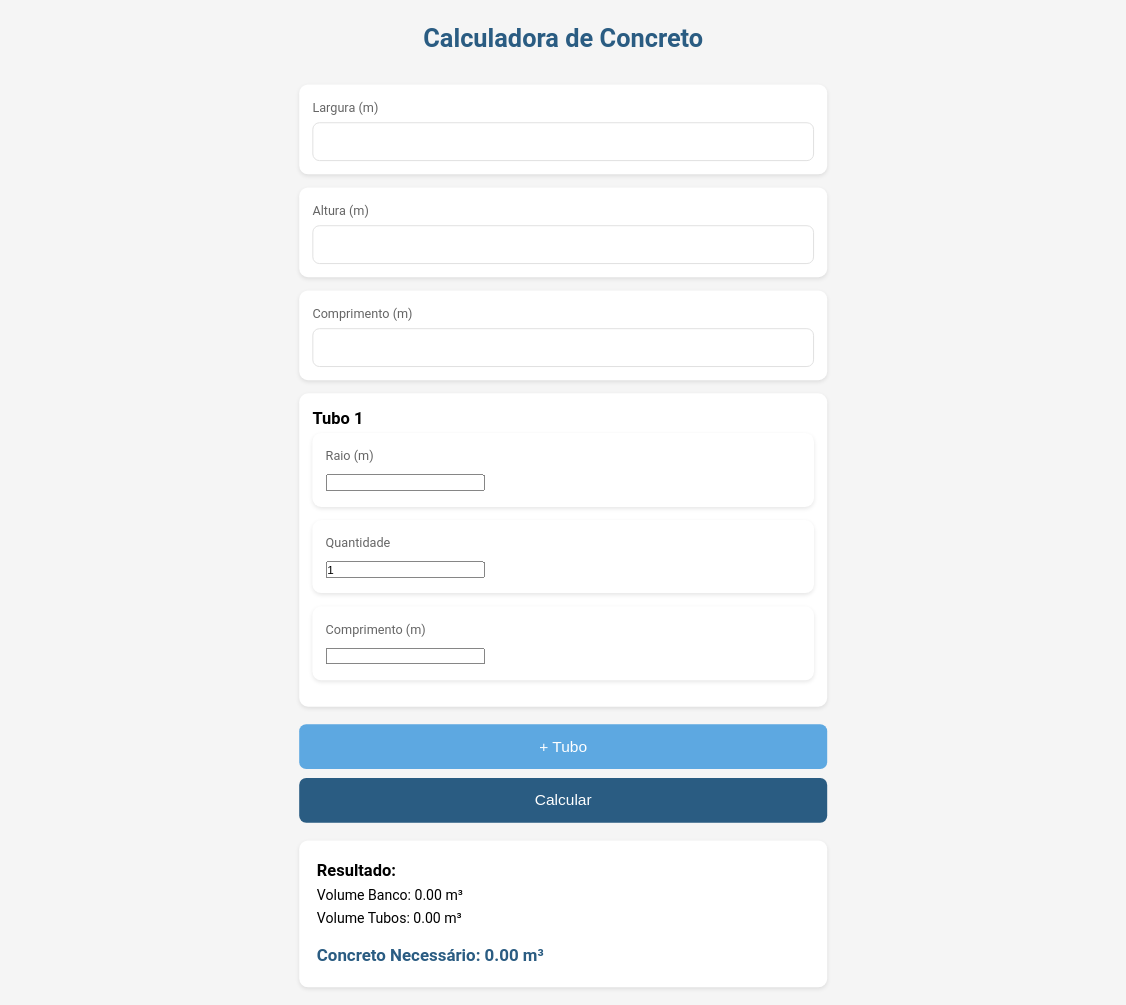
Repository: Valmir-Goncalves/calc_Uane_Souza
Page: concrete-calc/index.html
An editor plug-in stored every save of this project. The page is shown before and after the next save, followed by the edit.
The browser window is 1280 px wide. The pictures show the whole page, at 88% of full size.

Above is the page before, as saved 2025-03-23 04:21:42.

After the next save:
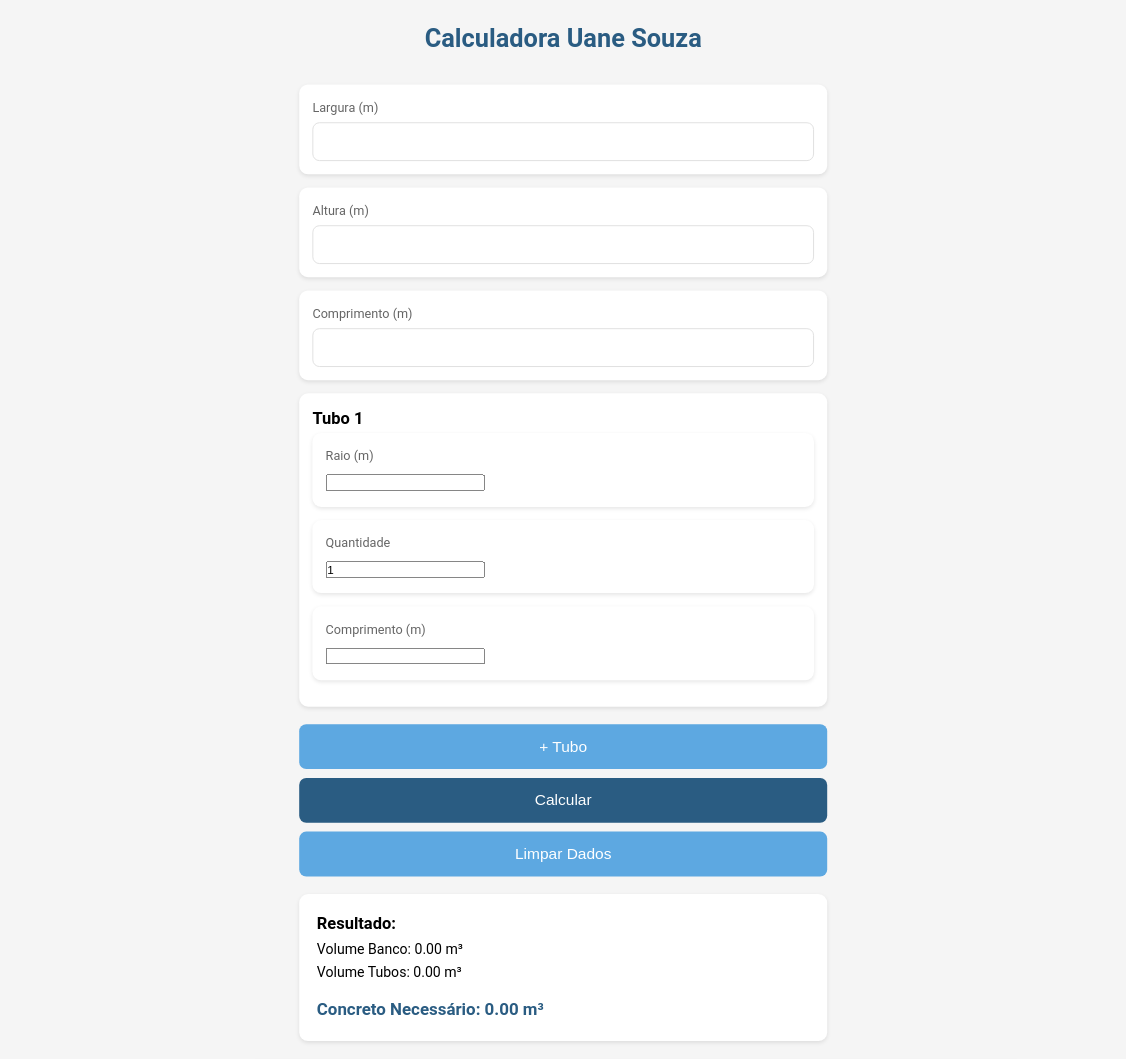
Saved 11 min 57 s later.
--- a/concrete-calc/index.html
+++ b/concrete-calc/index.html
@@ -9,7 +9,7 @@
 </head>
 <body>
     <div class="container">
-        <h1>Calculadora de Concreto</h1>
+        <h1>Calculadora Uane Souza</h1>
 
         <div class="input-group">
             <label>Largura (m)</label>
@@ -47,6 +47,7 @@
         <div class="button-group">
             <button type="button" class="mobile-btn" onclick="adicionarTubo()">+ Tubo</button>
             <button type="button" class="mobile-btn primary" onclick="calcular()">Calcular</button>
+            <button type="button" class="mobile-btn" onclick="limparDados()">Limpar Dados</button>
         </div>
 
         <div class="resultado">
